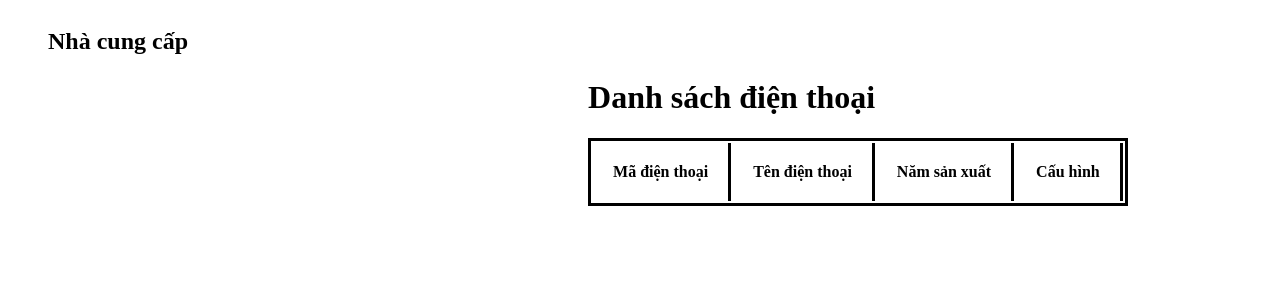
Repository: buikhacthang91042/Nam4_Ki1
Page: http://localhost/Tuan05/DanhSachDienThoaiNCC.jsp
These files come from the project's save history. The page is drawn as it stood at one moment and after the next save; the edit follows.
The browser window is 1280 px wide. The pictures show the whole page.
The page is served by Tomcat 10. Nobody is signed in. The application's start-up code is not run. The template is opened directly, without the code that normally fills it, so the values that code supplies are empty.

Above is the page before, as saved 2024-10-10 12:02:31.

After the next save:
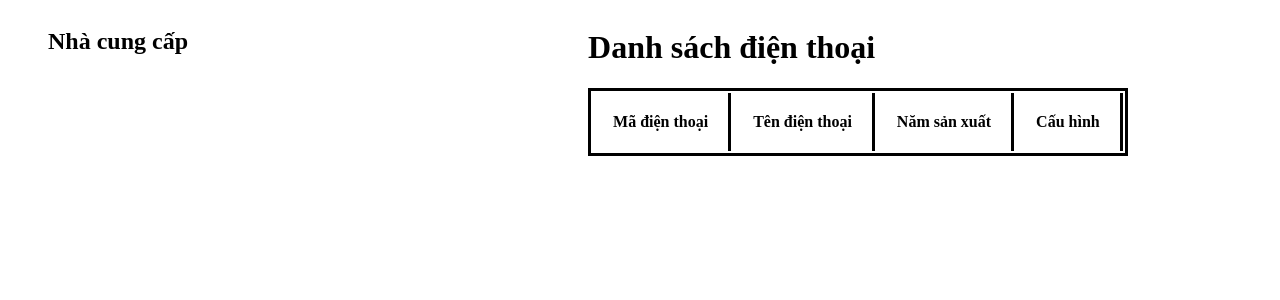
Saved 12 s later.
--- a/WWW/BuiKhacThang_21127151_Tuan05/Tuan05/src/main/webapp/DanhSachDienThoaiNCC.jsp
+++ b/WWW/BuiKhacThang_21127151_Tuan05/Tuan05/src/main/webapp/DanhSachDienThoaiNCC.jsp
@@ -18,7 +18,7 @@
 		display:flex;
 		flex-direction:column;
 		margin-left: 400px;
-		margin-top: 50px;
+
 	}
 	th {
 		padding: 20px;
